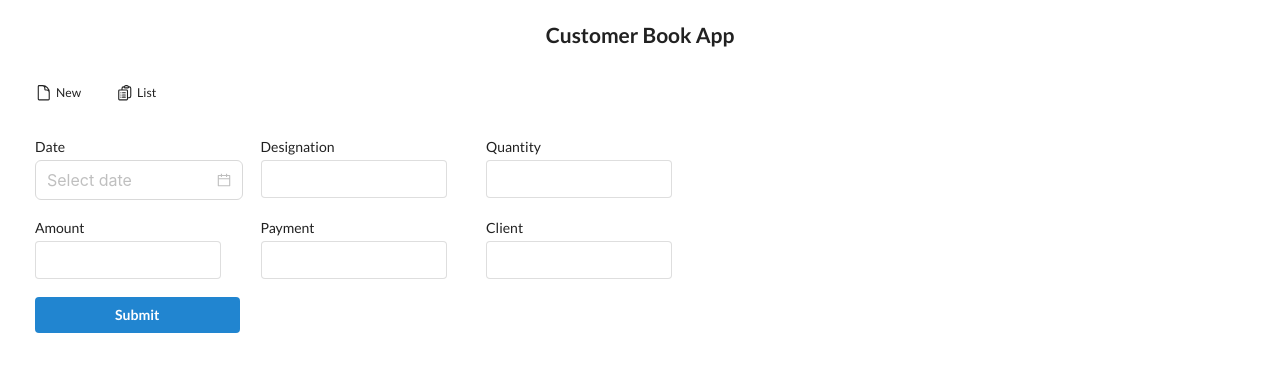
Repository: higirobruce/customerbookapp
Page: /, after clicking the first element matching `div.space-x-1`
An editor plug-in stored every save of this project. The page is shown before and after a run of saves, followed by the edit.
The browser window is 1280 px wide. The pictures show the whole page.
The project was rebuilt for these pictures with package versions that can differ from the ones it lists, and the page was loaded fresh each time. The framework's server and built-in components were replaced by stand-ins that run in the browser. Also part of the build but not shown: next.config.js, components/layout/sidebar.js.

Above is the page before, as saved 2022-11-24 23:32:16.

### pages/index.js
import Head from "next/head";
import Image from "next/image";
import Sidebar from "../components/layout/sidebar";
import MainScreen from "../components/layout/mainScreen";
import 'semantic-ui-css/semantic.min.css'

const Home = () => {
  return (
    <div className="flex min-h-screen flex-row">
      {/* <Sidebar /> */}
      <MainScreen />
    </div>
  );
};

export default Home;

### components/layout/mainScreen.js
import React, { useState } from "react";
import {
  DocumentIcon,
  ClipboardDocumentListIcon,
} from "@heroicons/react/24/outline";
import RecordsTable from "../common/records";
import Form from "../common/form";

const records = [
  {
    date: "01-Jan-2022",
    designation: "Bobine",
    qty: 1,
    amount: 120000,
    payment: 120000,
    client: "MUREKEZI GUY NJ",
  },{
    date: "02-Jan-2022",
    designation: "Balance",
    qty: 1,
    amount: 70000,
    payment: 70000,
    client: "MUHIZI CLIENT",
  },
];

export default function MainScreen() {
  let [viewPort, setViewPort] = useState("list");

  return (
    <div className="flex flex-col w-full pt-6 space-y-10">
      {/* header */}
      <div className="flex justify-center text-2xl font-semibold">
        Customer Book App
      </div>
      {/* Menu bar */}
      <div className="flex flex-row px-10 space-x-10">
        <div
          className="flex flex-row space-x-1 items-center cursor-pointer"
          onClick={() => setViewPort("new")}
        >
          <DocumentIcon className="h-5 w-5" />
          <div className="text-sm ">New</div>
        </div>

        <div
          className="flex flex-row space-x-1 items-center cursor-pointer"
          onClick={() => setViewPort("list")}
        >
          <ClipboardDocumentListIcon className="h-5 w-5" />
          <div className="text-sm ">List</div>
        </div>
      </div>


      {/* Body */}
      <div className="flex px-10 w-full ">
        {viewPort === "list" && <RecordsTable data={records} />}
        {viewPort === "new" && <Form/>}
      </div>
    </div>
  );
}

### components/common/records.js
import React from "react";
import { Table } from "semantic-ui-react";
import { PencilIcon, TrashIcon } from '@heroicons/react/24/outline'

export default function RecordsTable({ data }) {
    console.log(data)
  return (
    <div className="flex flex-col items-center justify-center w-full">
      <Table compact striped>
        <Table.Header>
          <Table.Row>
            <Table.HeaderCell>Date</Table.HeaderCell>
            <Table.HeaderCell>Designation</Table.HeaderCell>
            <Table.HeaderCell>Quantity</Table.HeaderCell>
            <Table.HeaderCell>Amount</Table.HeaderCell>
            <Table.HeaderCell>Payment</Table.HeaderCell>
            <Table.HeaderCell>Client number</Table.HeaderCell>
            <Table.HeaderCell>Actions</Table.HeaderCell>
          </Table.Row>
        </Table.Header>

        <Table.Body>
          {data.map(($) => {
            return <Table.Row className="text-sm font-thin text-gray-700">
            <Table.Cell>{$.date}</Table.Cell>
            <Table.Cell>{$.designation}</Table.Cell>
            <Table.Cell>{$.qty}</Table.Cell>
            <Table.Cell>{$.amount}</Table.Cell>
            <Table.Cell>{$.payment}</Table.Cell>
            <Table.Cell>{$.client}</Table.Cell>
            <Table.Cell>
                <div className="flex flex-row space-x-5">
                   <PencilIcon className="h-3 w-3 text-yellow-700 cursor-pointer"/>
                   <TrashIcon className="h-3 w-3 text-red-700 cursor-pointer"/>
                </div>
            </Table.Cell>
          </Table.Row>;
          })}
        </Table.Body>
      </Table>
    </div>
  );
}

### components/common/form.js
import React from 'react'
import {DatePicker} from 'antd'
import { Button, Input } from 'semantic-ui-react'

export default function Form() {
  return (
    <div className='grid grid-cols-3 gap-5'>

      <div className='flex flex-col space-y-1 items-start'>
        <div>Date</div>
        <div><DatePicker size='large'/></div>
      </div>

      <div className='flex flex-col space-y-1 items-start'>
        <div>Designation</div>
        <div><Input size='tiny'/></div>
      </div>

      <div className='flex flex-col space-y-1 items-start'>
        <div>Quantity</div>
        <div><Input size='tiny' type='number'/></div>
      </div>

      <div className='flex flex-col space-y-1 items-start'>
        <div>Amount</div>
        <div><Input size='tiny' type='number'/></div>
      </div>

      <div className='flex flex-col space-y-1 items-start'>
        <div>Payment</div>
        <div><Input size='tiny' type='number'/></div>
      </div>

      <div className='flex flex-col space-y-1 items-start'>
        <div>Client</div>
        <div><Input size='tiny' /></div>
      </div>

      <Button color='blue'>Submit</Button>
    </div>
  )
}

Loaded but not shown: pages/_app.tsx (common file); styles/globals.css (common file); tailwind.config.js (common file)

After the next 2 saves:
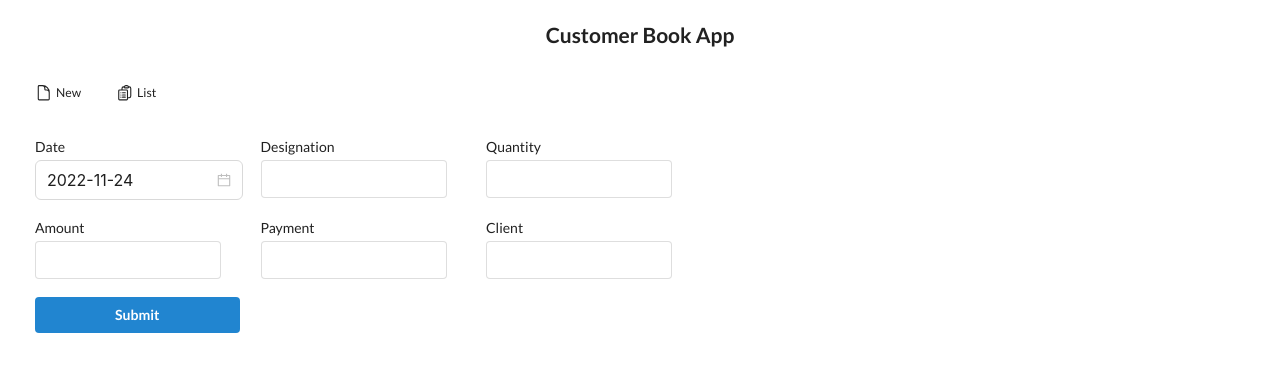
The 2 saves are shown as one change because 1 did not build or start.
The last was saved 3 min 53 s later.
--- a/components/common/form.js
+++ b/components/common/form.js
@@ -1,14 +1,16 @@
-import React from 'react'
+import React,{useState} from 'react'
 import {DatePicker} from 'antd'
 import { Button, Input } from 'semantic-ui-react'
+import moment from 'moment'
 
 export default function Form() {
+  let [date, setDate] = useState(moment())
   return (
     <div className='grid grid-cols-3 gap-5'>
 
       <div className='flex flex-col space-y-1 items-start'>
         <div>Date</div>
-        <div><DatePicker size='large'/></div>
+        <div><DatePicker size='large' value={date}/></div>
       </div>
 
       <div className='flex flex-col space-y-1 items-start'>
